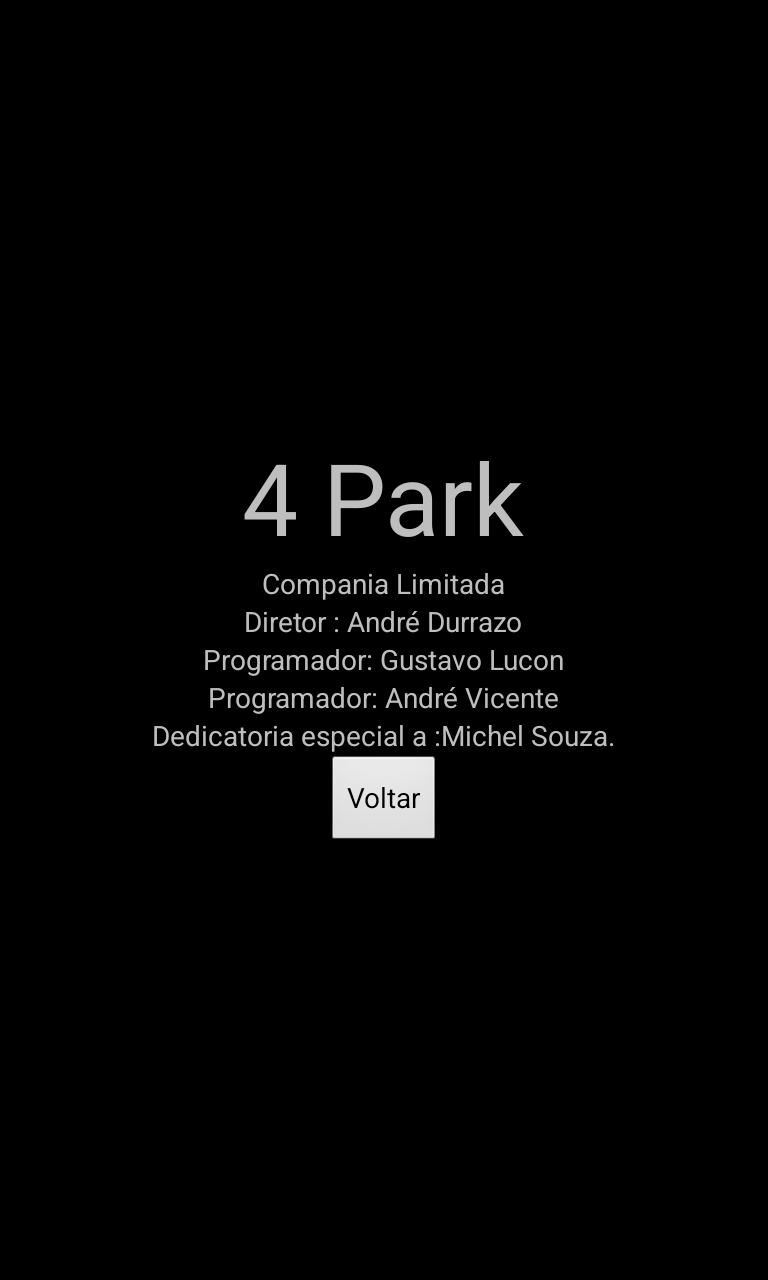
Repository: GustavoLucon/Archives
Layout: 4 park/TCC/com.parkhere.main.ParkHereActivity/res/layout/creditos.xml
An editor plug-in stored every save of this project. The layout is shown before and after the next save, followed by the edit.
It is drawn on a 768 x 1280 px phone screen (xhdpi) without system bars, with theme android:Theme; the app's code is not run.

Above is the layout before, as saved 2012-10-26 06:38:30.

After the next save:
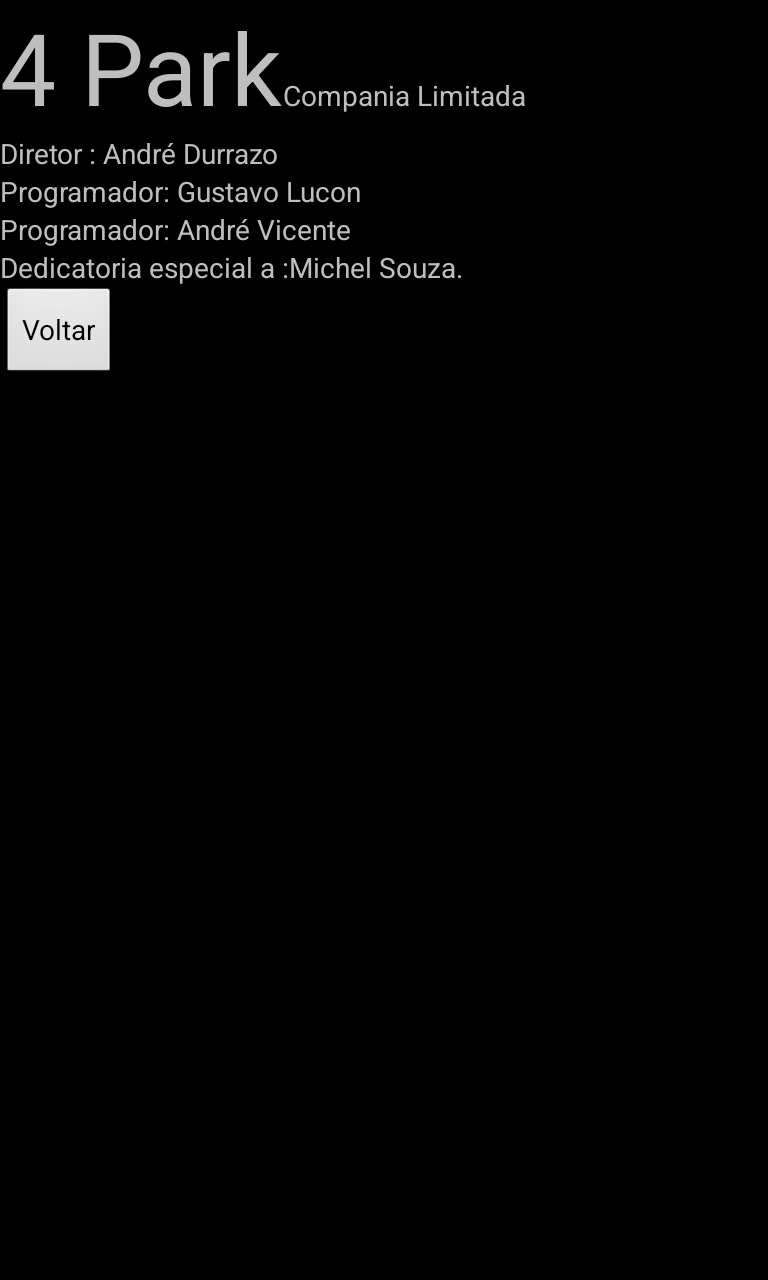
Saved 2 min 49 s later.
--- a/4 park/TCC/com.parkhere.main.ParkHereActivity/res/layout/creditos.xml
+++ b/4 park/TCC/com.parkhere.main.ParkHereActivity/res/layout/creditos.xml
@@ -2,10 +2,16 @@
 <LinearLayout xmlns:android="http://schemas.android.com/apk/res/android"
     android:layout_width="match_parent"
     android:layout_height="match_parent"
-    android:gravity="center"
+    android:gravity="top"
     android:orientation="vertical" >
 
 
+
+    <LinearLayout
+        android:layout_width="fill_parent"
+        android:layout_height="wrap_content"
+        android:orientation="horizontal"
+        android:gravity="top">
 
     <TextView
         android:id="@+id/textView1"
@@ -20,6 +26,8 @@
         android:layout_width="wrap_content"
         android:layout_height="wrap_content"
         android:text="Compania Limitada" />
+
+    </LinearLayout>
 
 
     <TextView
@@ -50,11 +58,16 @@
         android:layout_height="wrap_content"
         android:text="Dedicatoria especial a :Michel Souza." />
 
-
+   <LinearLayout
+        android:layout_width="fill_parent"
+        android:layout_height="wrap_content"
+        android:orientation="horizontal"
+        android:gravity="bottom">
     <Button
         android:id="@+id/voltar"
         android:layout_width="wrap_content"
         android:layout_height="wrap_content"
         android:text="Voltar" />
+    </LinearLayout>
 
 </LinearLayout>
